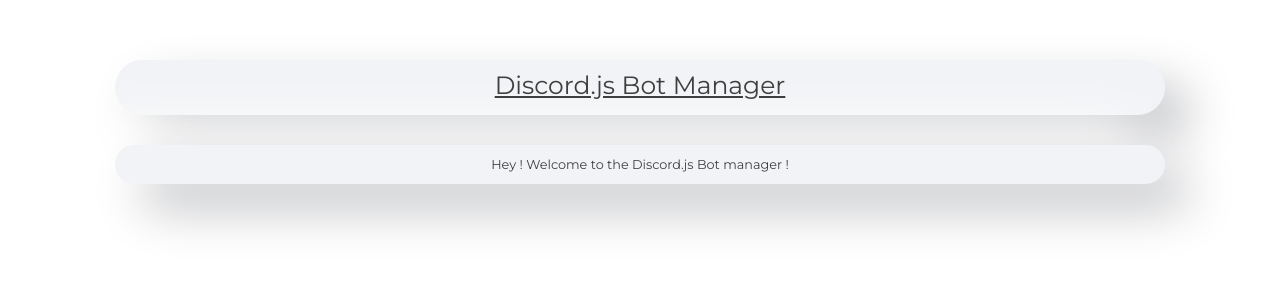
Repository: O-Schell/Discord-Bot-Manager
Page: Web_Interface/main.HTML
An editor plug-in stored every save of this project. The page is shown before and after the next save, followed by the edit.
The browser window is 1280 px wide. The pictures show the whole page.
The style sheet was rebuilt from its Sass, Less or Tailwind sources for each picture, by a compiler version that may differ from the author's.

Above is the page before, as saved 2020-11-24 21:31:46.

After the next save:
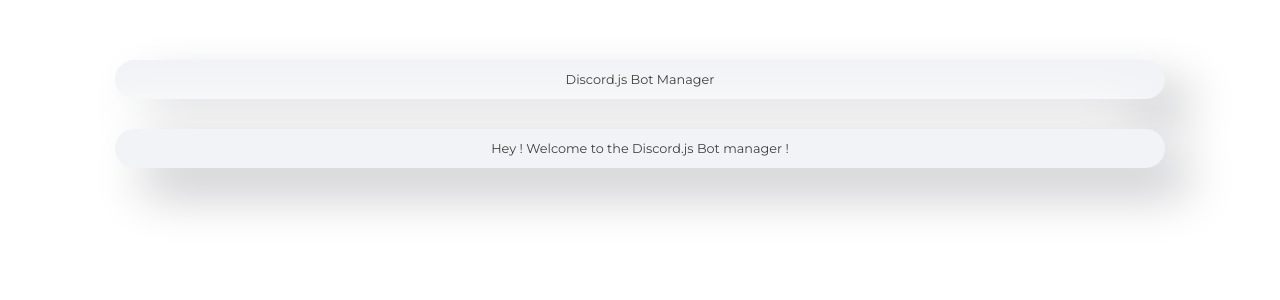
Saved 26 s later.
--- a/Web_Interface/main.HTML
+++ b/Web_Interface/main.HTML
@@ -20,7 +20,7 @@
       <div class="center-div">
         <div class="center-text">
           <div class="title">
-            <h1><u>Discord.js Bot Manager</u></h1>
+            Discord.js Bot Manager
           </div>
         </div>
       </div>
@@ -28,7 +28,8 @@
     <div class="neumorphism">
       <div class="center-div">
         <div class="center-text">
-          <div class="undertitle">Hey ! Welcome to the Discord.js Bot manager !
+          <div class="undertitle">
+            Hey ! Welcome to the Discord.js Bot manager !
           </div>
         </div>
       </div>
